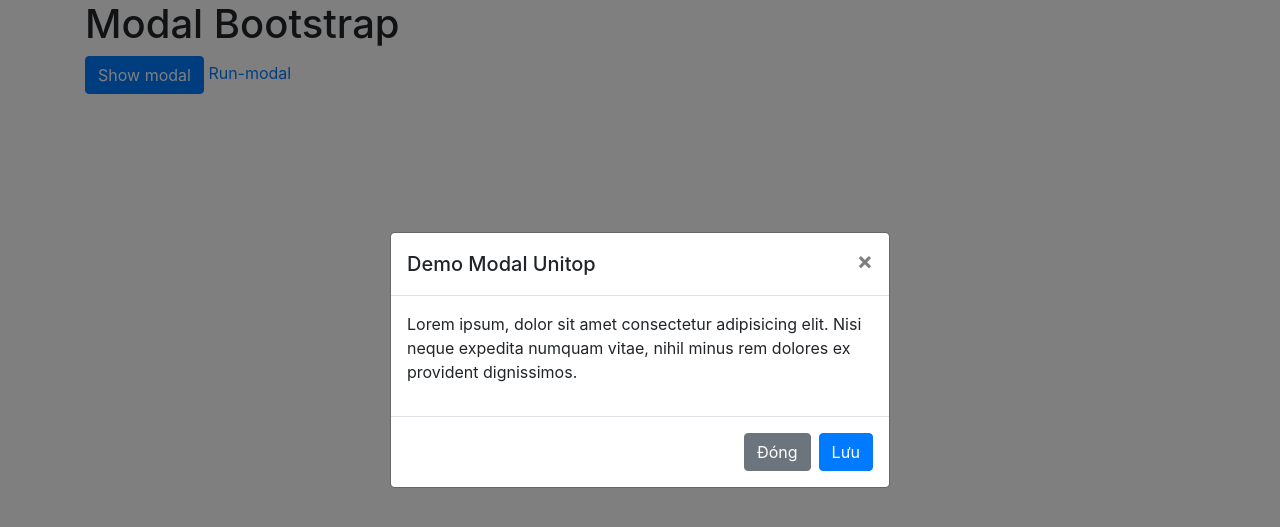
Repository: anhtu2110/front_end
Page: lesson/bootstrap/advance/5.8-poup_modal.html
These files come from the project's save history. The page is drawn as it stood at one moment and after the next save; the edit follows.
The browser window is 1280 px wide. The pictures show the whole page.

Above is the page before, as saved 2022-12-07 15:50:20.

After the next save:
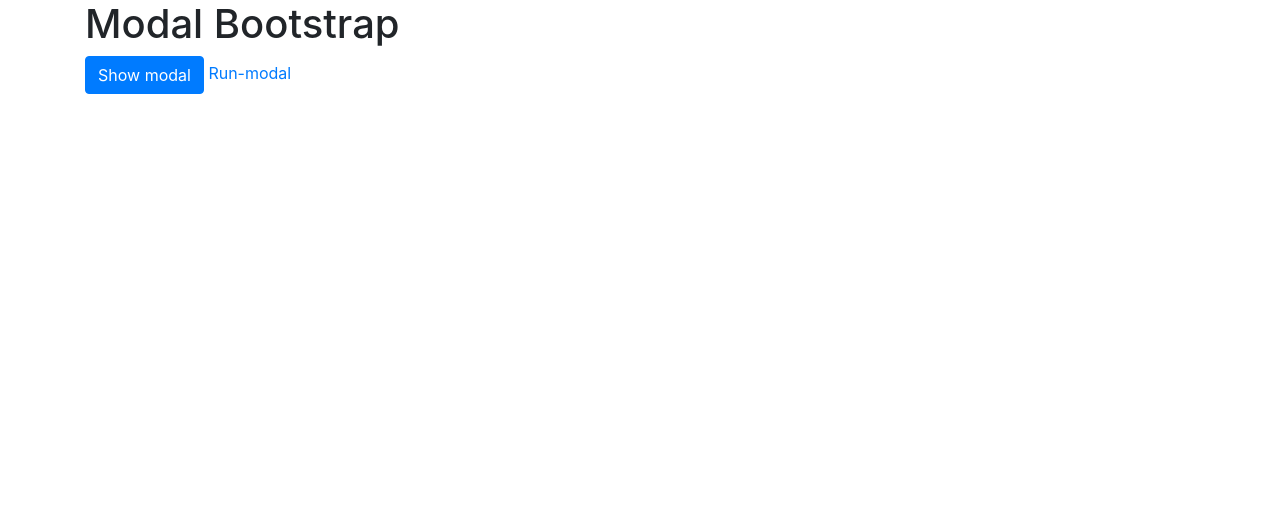
Saved 12 s later.
--- a/lesson/bootstrap/advance/5.8-poup_modal.html
+++ b/lesson/bootstrap/advance/5.8-poup_modal.html
@@ -65,7 +65,7 @@
     <script src="js/popper.min.js"></script>
     <script>
       $(document).ready(function () {
-        $("#demo-modal").modal();
+        // $("#demo-modal").modal();
         $("a#run-modal").click(function () {
           $("#demo-modal").modal();
         });
